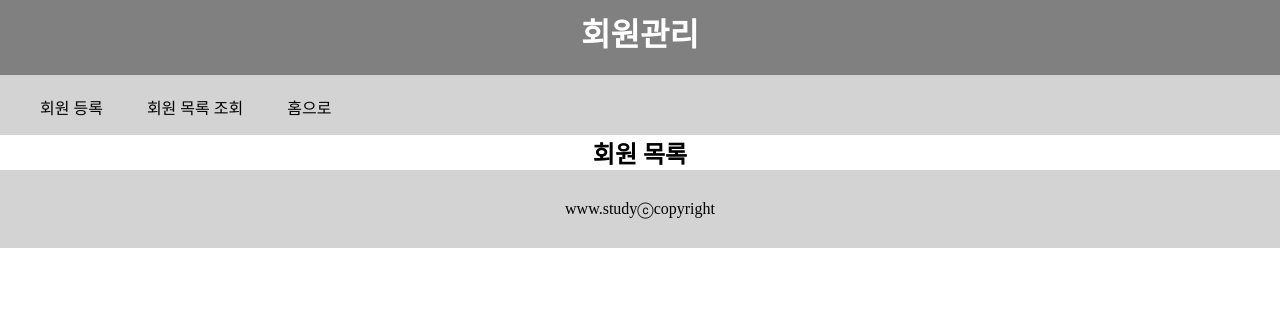
Repository: jieun000/Craftsman_Information_Processing
Page: http://localhost/00_study/memberForm.jsp
An editor plug-in stored every save of this project. The page is shown before and after the next save, followed by the edit.
The browser window is 1280 px wide. The pictures show the whole page.
The page is served by Tomcat 9.

Above is the page before, as saved 2023-07-02 14:00:28.

After the next save:
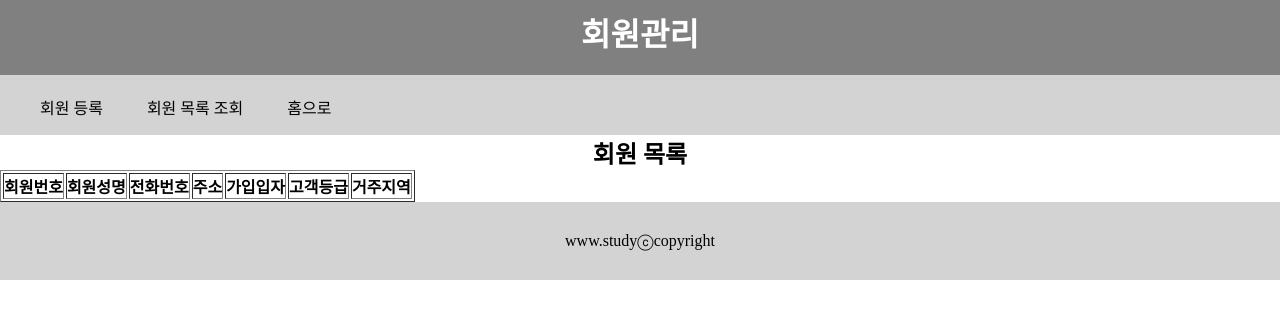
Saved 82 s later.
--- a/00_study/WebContent/memberForm.jsp
+++ b/00_study/WebContent/memberForm.jsp
@@ -10,9 +10,15 @@
 </head>
 <body>
 	<h2 style="text-align: center;">회원 목록</h2>
-	<table>
+	<table border="1">
 		<tr>
-
+			<th>회원번호</th>
+			<th>회원성명</th>
+			<th>전화번호</th>
+			<th>주소</th>
+			<th>가입입자</th>
+			<th>고객등급</th>
+			<th>거주지역</th>
 		</tr>
 	</table>
 
